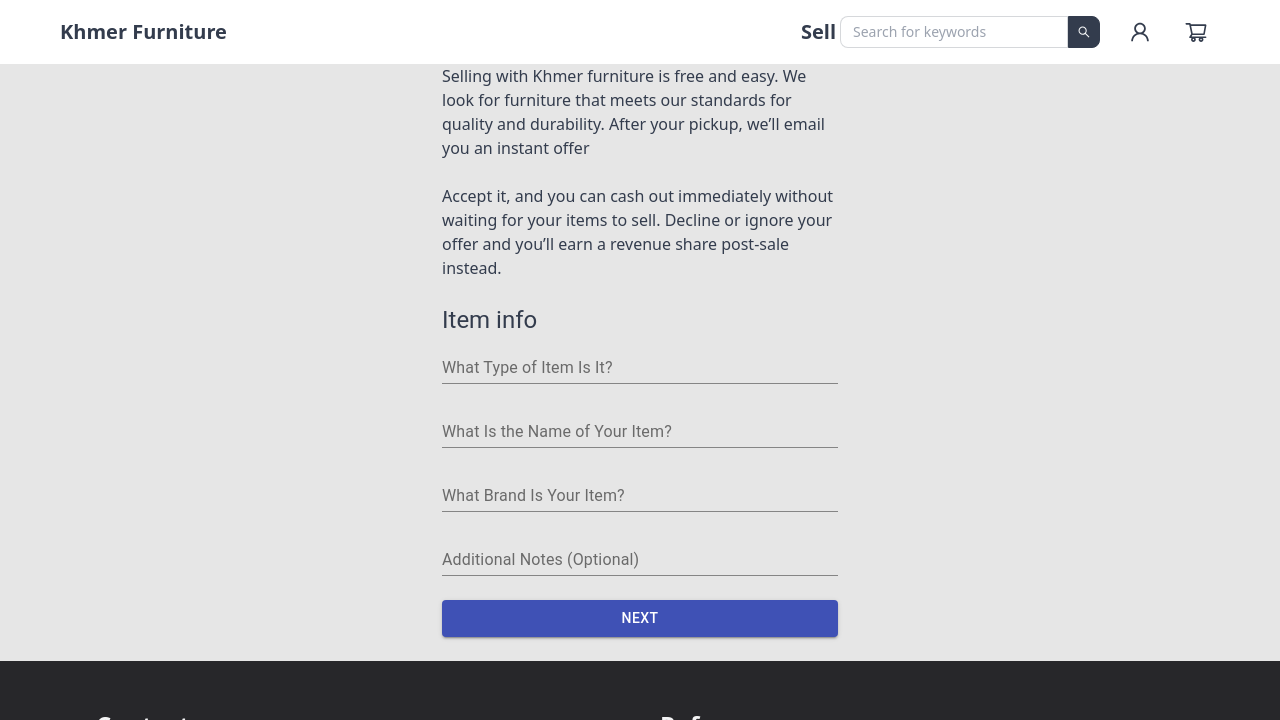
Repository: PlayerNguyen/dotot-shop
Page: /sell (app in client/)
These files come from the project's save history. The page is drawn as it stood at one moment and after the next save; the edit follows.
The browser window is 1280 px wide. The pictures show the whole page.
An inner scrolling area shows only its first screen. The project was rebuilt for these pictures with package versions that can differ from the ones it lists, and the page was loaded fresh each time. Also part of the build but not shown: client/src/components/NoMatch/NoMatch.jsx, client/src/components/Sell/UserDetails.js, client/src/components/Sell/Confirmation.js, client/src/components/Sell/Success.js.

Above is the page before, as saved 2022-12-06 12:37:52.

After the next save:
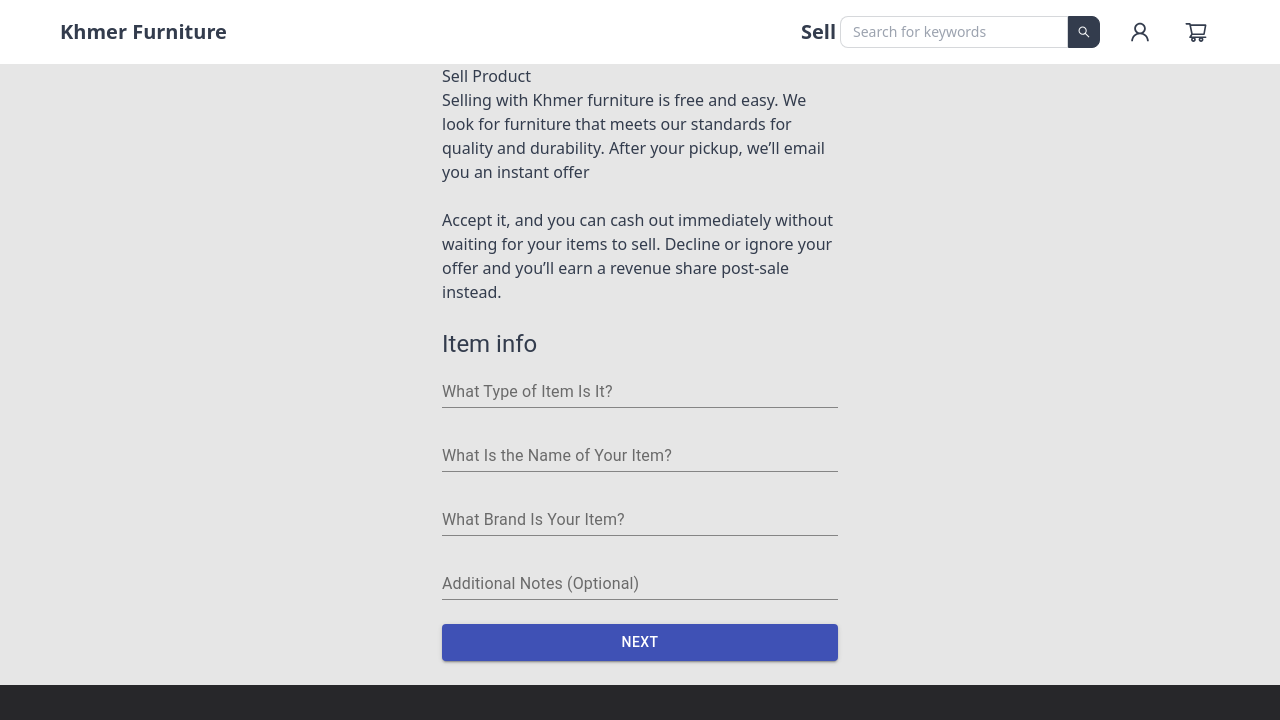
Saved 96 s later.
--- a/client/src/components/Sell/ProductDetails.js
+++ b/client/src/components/Sell/ProductDetails.js
@@ -13,7 +13,7 @@
 
     return (
       <Container  component="main" maxWidth="xs">
-        <div>
+        <div> Sell Product
         <div> Selling with Khmer furniture is free and easy. We look for furniture that meets our standards for quality and durability.
           After your pickup, we’ll email you an instant offer </div>
           <br/>

After the 2 saves that followed:
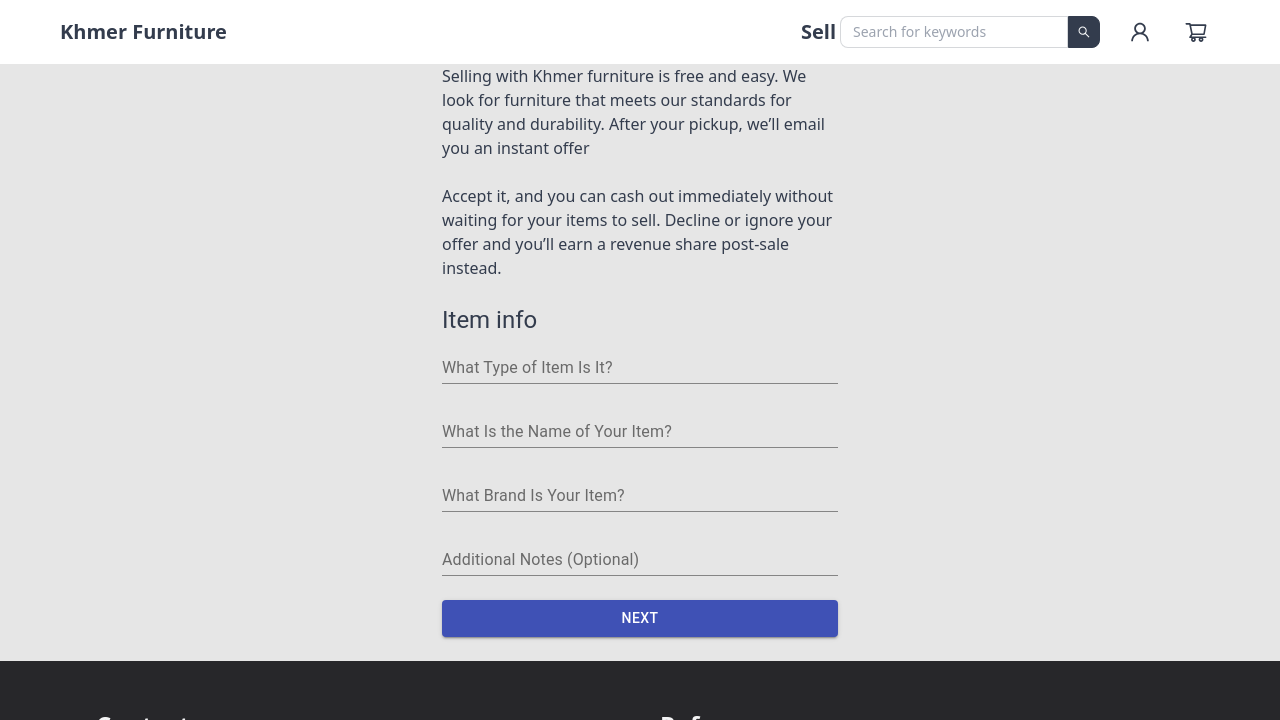
The 2 saves are shown as one change because 1 left the picture as it was.
The last was saved 29 s later.
--- a/client/src/components/Sell/ProductDetails.js
+++ b/client/src/components/Sell/ProductDetails.js
@@ -13,7 +13,7 @@
 
     return (
       <Container  component="main" maxWidth="xs">
-        <div> Sell Product
+        <div>
         <div> Selling with Khmer furniture is free and easy. We look for furniture that meets our standards for quality and durability.
           After your pickup, we’ll email you an instant offer </div>
           <br/>
